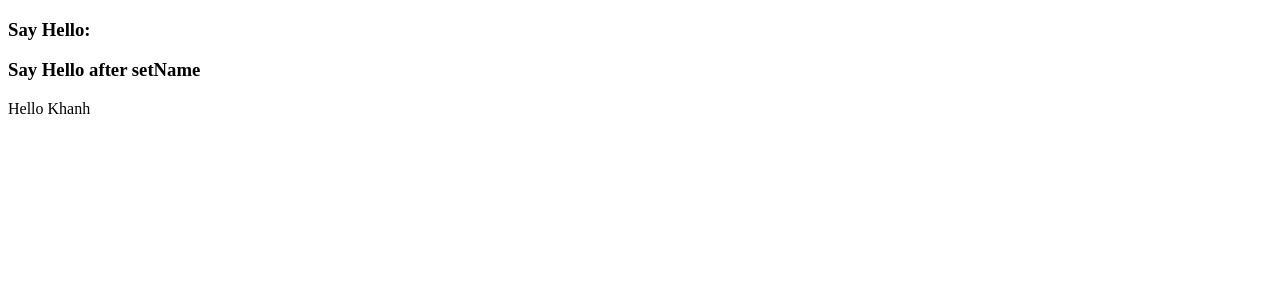
Repository: hoangkhanh2208/Jsp-Servlet-JDBC-Learn
Page: http://localhost/JspTutorial/demo/useBeanDemo.jsp
The author's editor kept a copy of each file at every save. The page is drawn from the files as they stood at one save, then again after the next save.
The browser window is 1280 px wide. The pictures show the whole page.
The page is served by Tomcat 9.

Above is the page before, as saved 2021-05-20 09:20:09.

After the next save:
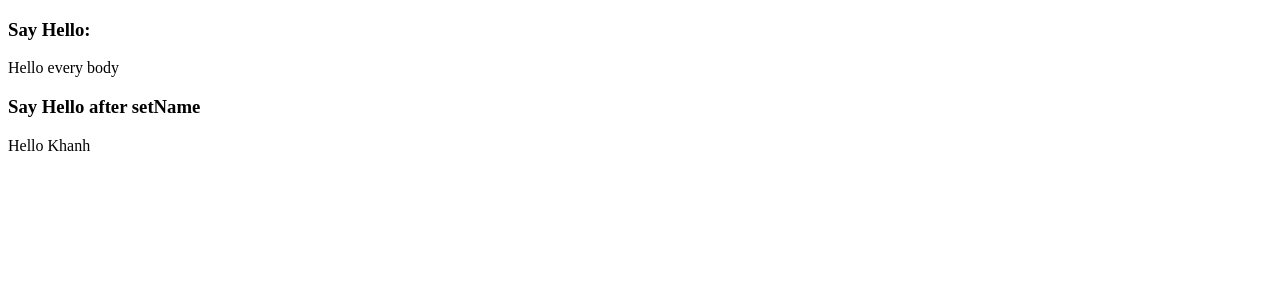
Saved 39 s later.
--- a/JspTutorial/src/main/webapp/demo/useBeanDemo.jsp
+++ b/JspTutorial/src/main/webapp/demo/useBeanDemo.jsp
@@ -11,6 +11,7 @@
 	<jsp:useBean id="helloBean" class="com.jsptutorial.beans.HelloBean"></jsp:useBean>
 
 	<h3>Say Hello:</h3>
+	<jsp:getProperty property="hello" name="helloBean"/>
 	<jsp:setProperty property="name" name="helloBean" value="Khanh"/>
 	<h3>Say Hello after setName</h3>
 	<jsp:getProperty property="hello" name="helloBean"/>
